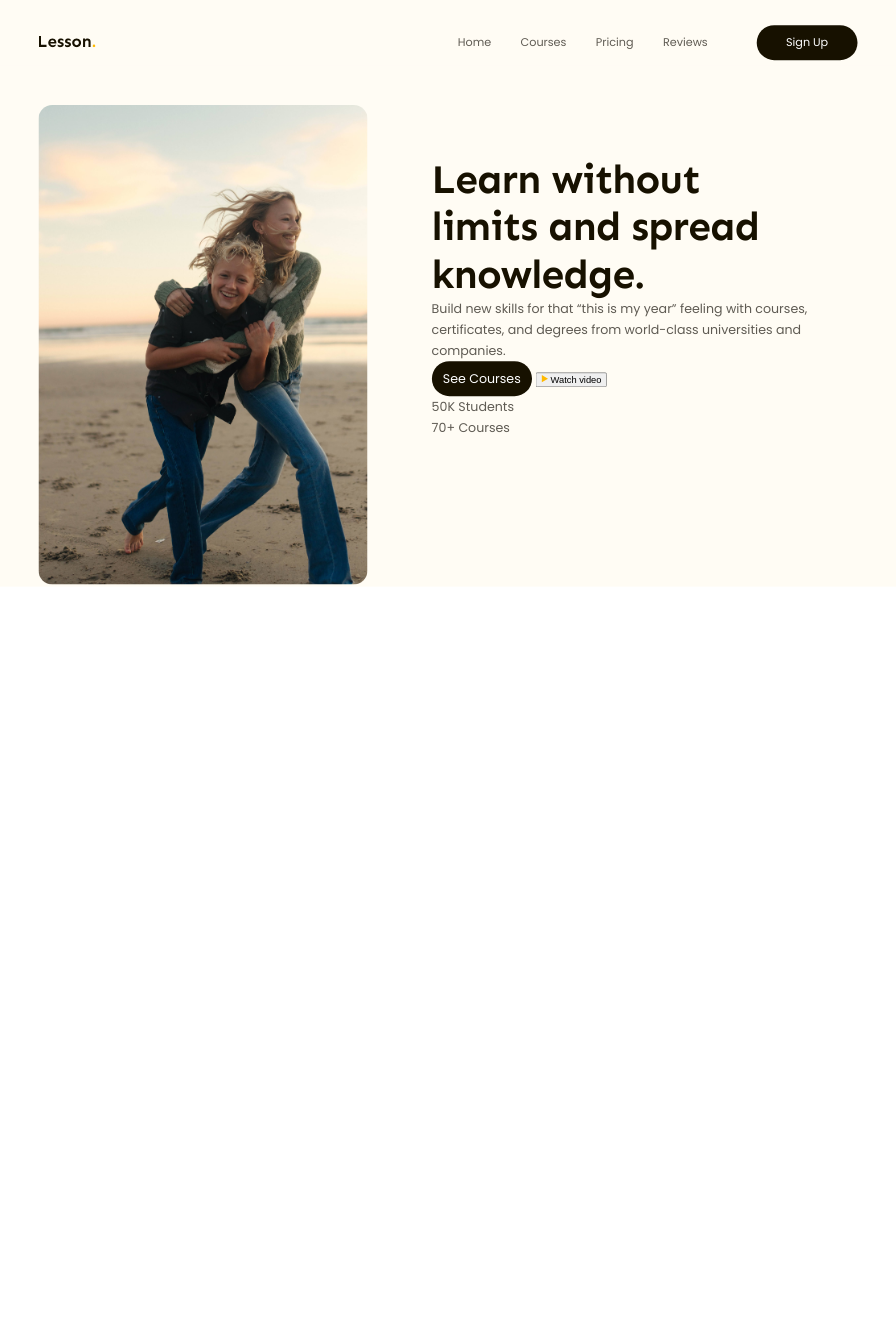
Repository: tinhtranjp/htmlcss-01
Page: index.html
These files come from the project's save history. The page is drawn as it stood at one moment and after the next save; the edit follows.
The browser window is 1280 px wide. The pictures show the part of the page from y = 0 to 1920 px (the page is 5000 px tall), at 70% of full size.

Above is the page before, as saved 2023-01-20 05:16:52.

After the next save:
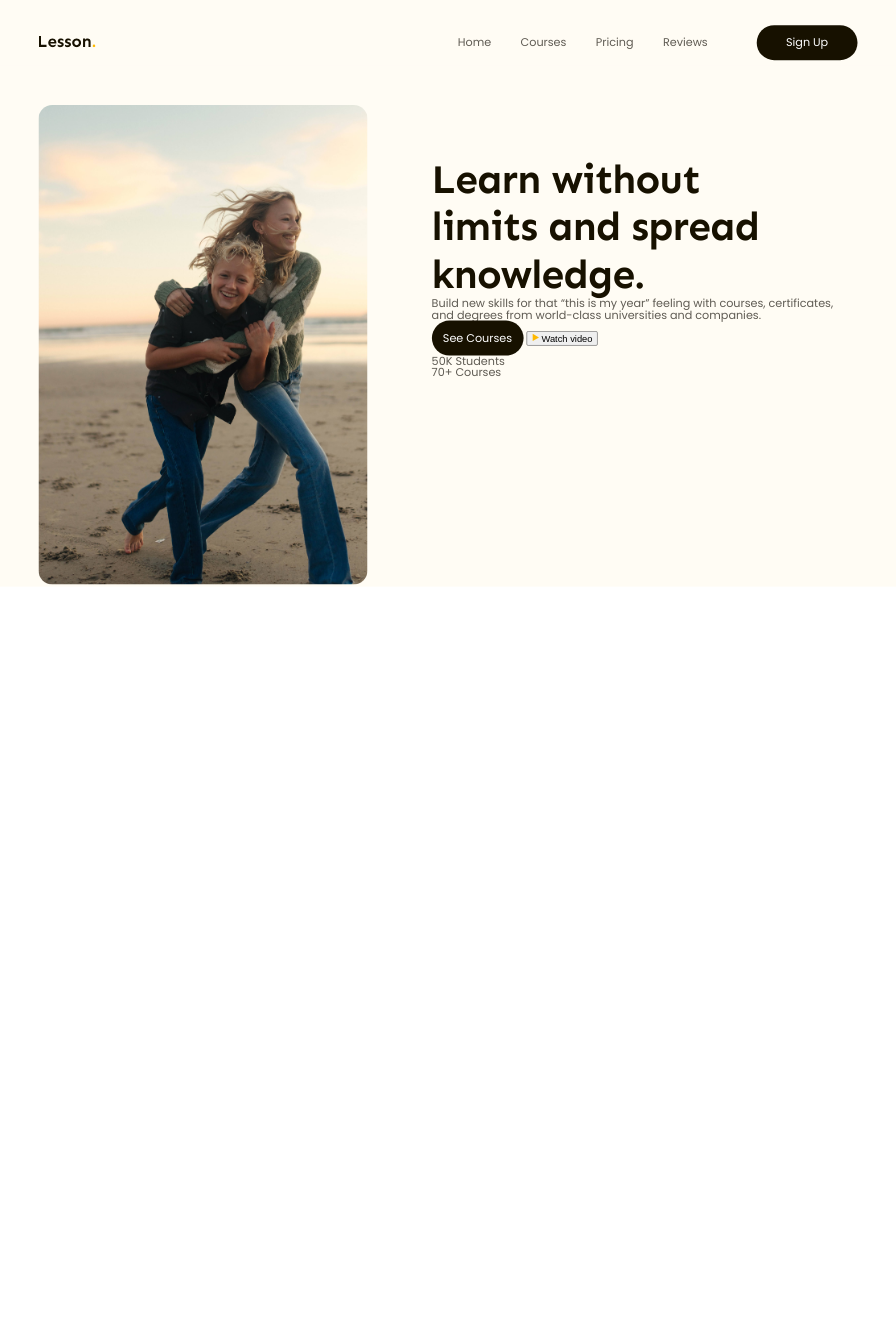
Saved 6 s later.
--- a/assets/css/styles.css
+++ b/assets/css/styles.css
@@ -100,9 +100,3 @@
   color: #171100;
   width: 470px;
 }
-
-.hero .info:nth-child(2) {
-  font-size: 1.8rem;
-  line-height: 1.67;
-  color: #5f5b53;
-}
